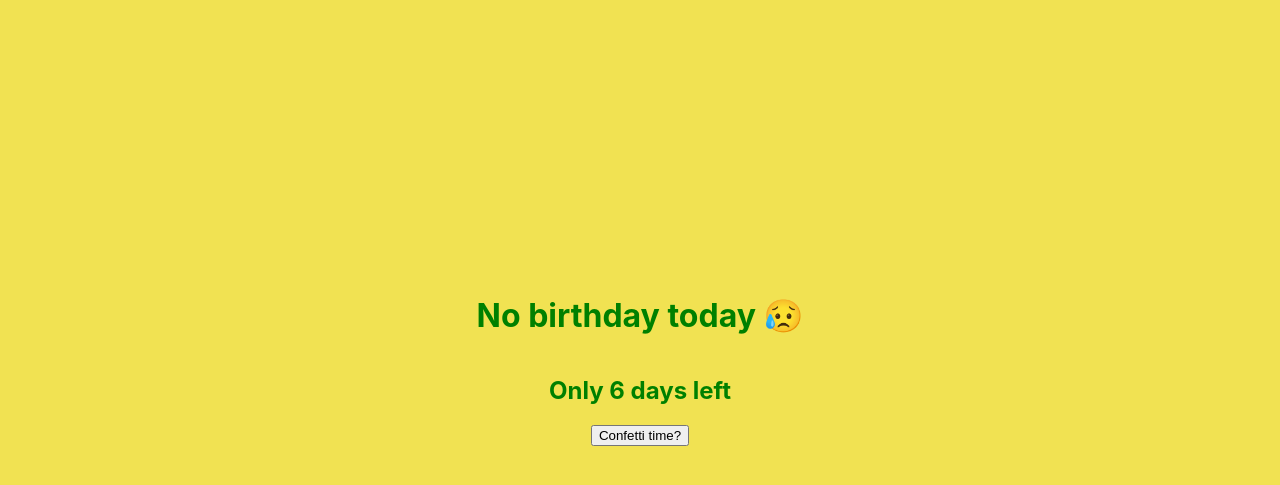
Repository: David-Waite/HannahsBirthdayWebsite
Page: /
These files come from the project's save history. The page is drawn as it stood at one moment and after a run of saves; the edit follows.
The browser window is 1280 px wide. The pictures show the whole page.
The project was rebuilt for these pictures with package versions that can differ from the ones it lists, and the page was loaded fresh each time.

Above is the page before, as saved 2023-03-30 18:16:21.

### src/index.css
body {
  margin: 0;
  font-family: -apple-system, BlinkMacSystemFont, "Segoe UI", "Roboto", "Oxygen",
    "Ubuntu", "Cantarell", "Fira Sans", "Droid Sans", "Helvetica Neue",
    sans-serif;
  -webkit-font-smoothing: antialiased;
  -moz-osx-font-smoothing: grayscale;
}

.App {
  width: 100vw;
  height: 100vh;
  display: flex;
  flex-direction: column;
  align-items: center;
  justify-content: center;
  background-color: rgb(241, 226, 82);
  color: green;
}

### src/App.js
import "./App.css";

import Confetti from "react-confetti";

import { useState } from "react";

function App() {
  const [confetti, setConfetti] = useState(null);
  const [buttonText, setButtonText] = useState("Confetti time?");
  function isBirthdayToday() {
    const date = new Date();
    if (date.getMonth() === 3 && date.getDate() === 5) {
      return true;
    }
    return false;
  }

  function rainConfetti() {
    if (isBirthdayToday()) {
      setConfetti(true);
      setButtonText("Confetti time!");
    } else {
      setButtonText("no");
    }
  }

  function getDaysUntilBirthday() {
    const date = new Date();
    const hannahBday = new Date(date.getFullYear(), 3, 5);
    const hannahBdayNextYear = new Date(date.getFullYear() + 1, 3, 5);
    const oneDay = 1000 * 60 * 60 * 24;

    let daysUntilBirthday;
    if (hannahBday < date) {
      daysUntilBirthday =
        Math.ceil(hannahBdayNextYear.getTime() - date.getTime()) / oneDay;
    } else {
      daysUntilBirthday =
        Math.ceil(hannahBday.getTime() - date.getTime()) / oneDay;
    }

    return daysUntilBirthday;
  }

  // 5th april
  let birthdayText;
  if (isBirthdayToday()) {
    birthdayText = <h1>Happy birthday!🥳</h1>;
  } else {
    birthdayText = (
      <>
        <h1>No birthday today 😥</h1>
        <h2>Only {Math.ceil(getDaysUntilBirthday())} days left</h2>
      </>
    );
  }
  console.log(isBirthdayToday());
  const date = new Date();

  return (
    <div className="App">
      {confetti && <Confetti />}

      {birthdayText}
      <button onClick={rainConfetti}>{buttonText}</button>
    </div>
  );
}

export default App;

Loaded but not shown: public/index.html (common file); src/index.js (common file); src/reportWebVitals.js (common file); src/App.css (common file)

After the next 3 saves:
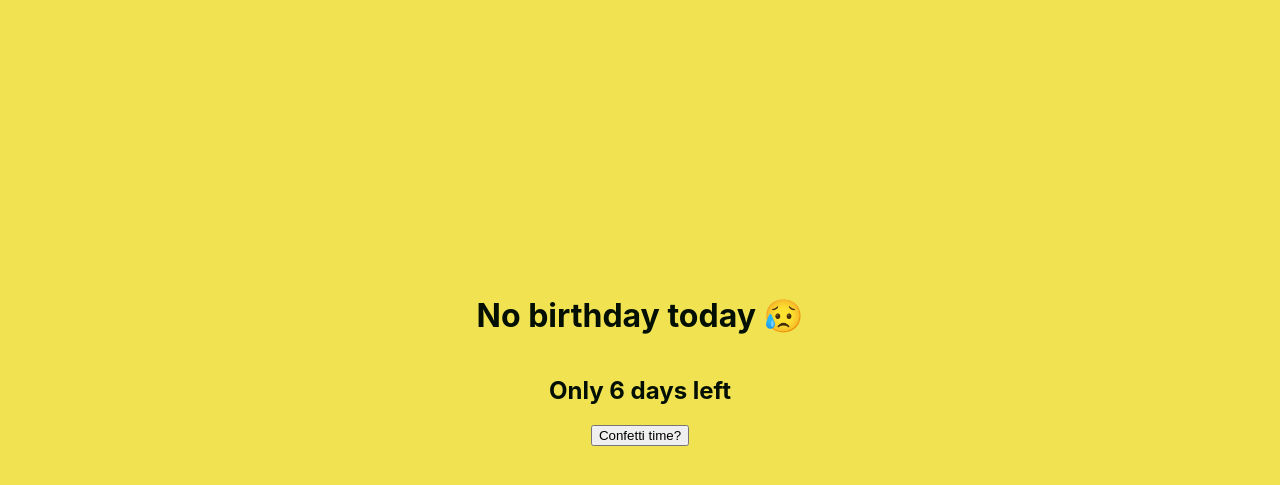
The 3 saves are shown as one change because they came seconds apart.
The last was saved 9 s later.
--- a/src/index.css
+++ b/src/index.css
@@ -15,5 +15,5 @@ body {
   align-items: center;
   justify-content: center;
   background-color: rgb(241, 226, 82);
-  color: green;
+  color: rgb(2, 15, 2);
 }
